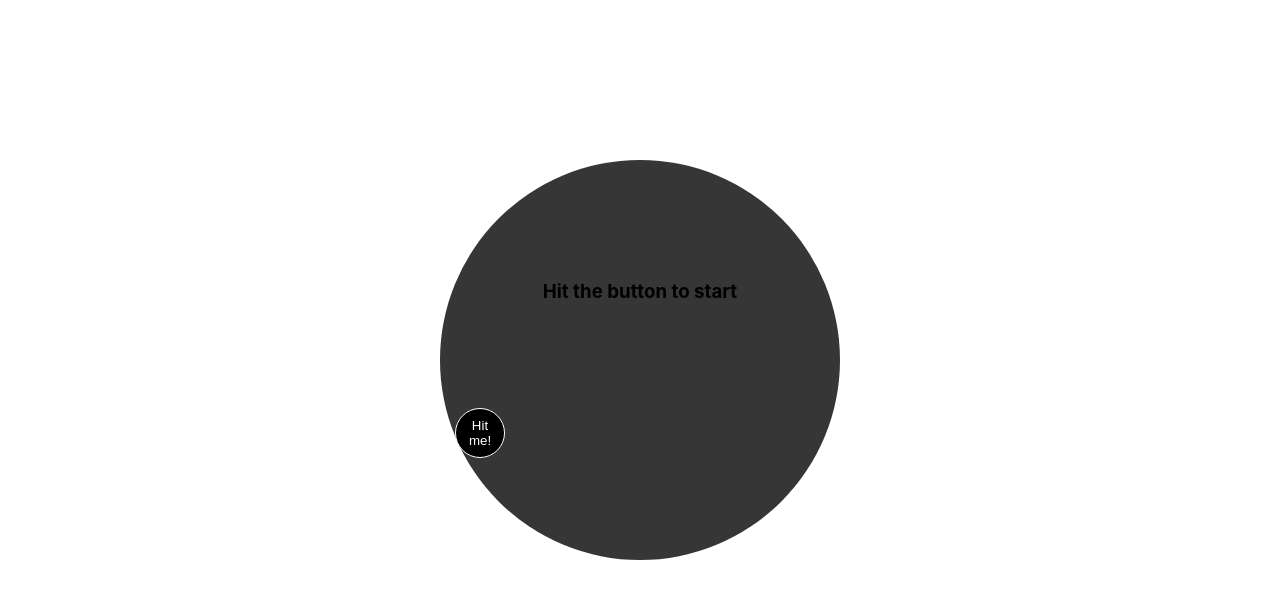
Repository: litalsh/Usless-Counter
Page: /
These files come from the project's save history. The page is drawn as it stood at one moment and after the next save; the edit follows.
The browser window is 1280 px wide. The pictures show the whole page.
The project was rebuilt for these pictures with package versions that can differ from the ones it lists, and the page was loaded fresh each time.

Above is the page before, as saved 2021-02-22 12:28:55.

After the next save:
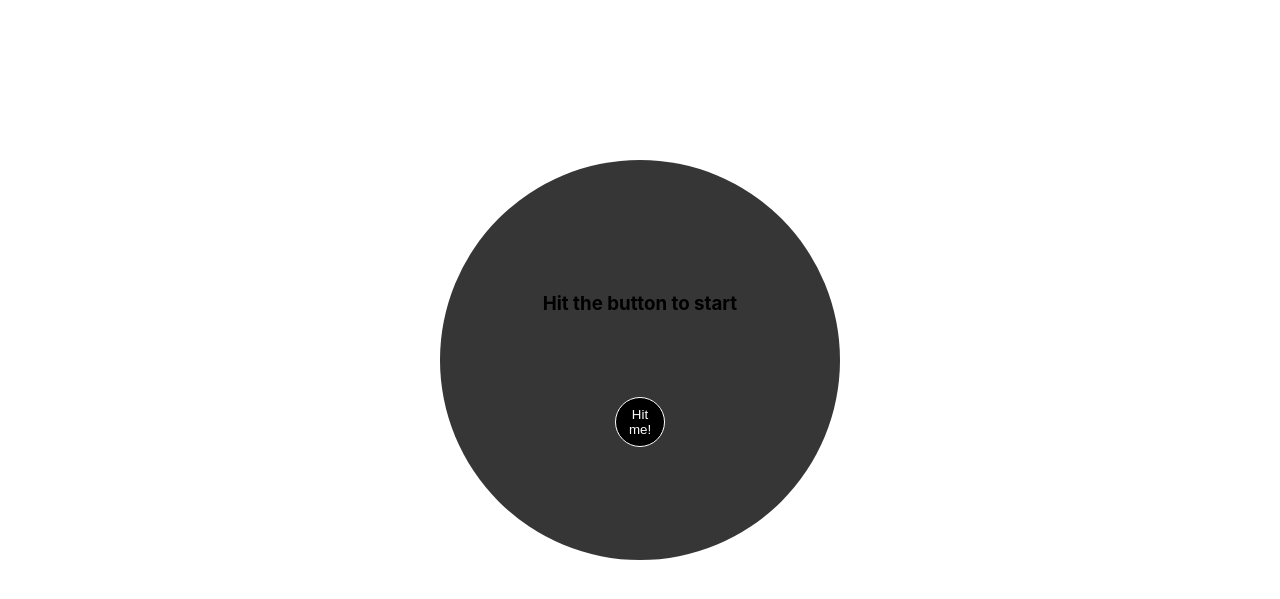
Saved 39 s later.
--- a/src/App.css
+++ b/src/App.css
@@ -16,7 +16,7 @@
   height: 400px;
   border-radius: 50%;
   background: #363636;
-  padding: 15px;
+  padding: 50px;
   box-sizing: border-box;
   align-self: center;
 }
@@ -28,4 +28,5 @@ button {
   border: 1px solid #fff;
   background: #000;
   color: #fff;
+  align-self: center;
 }
